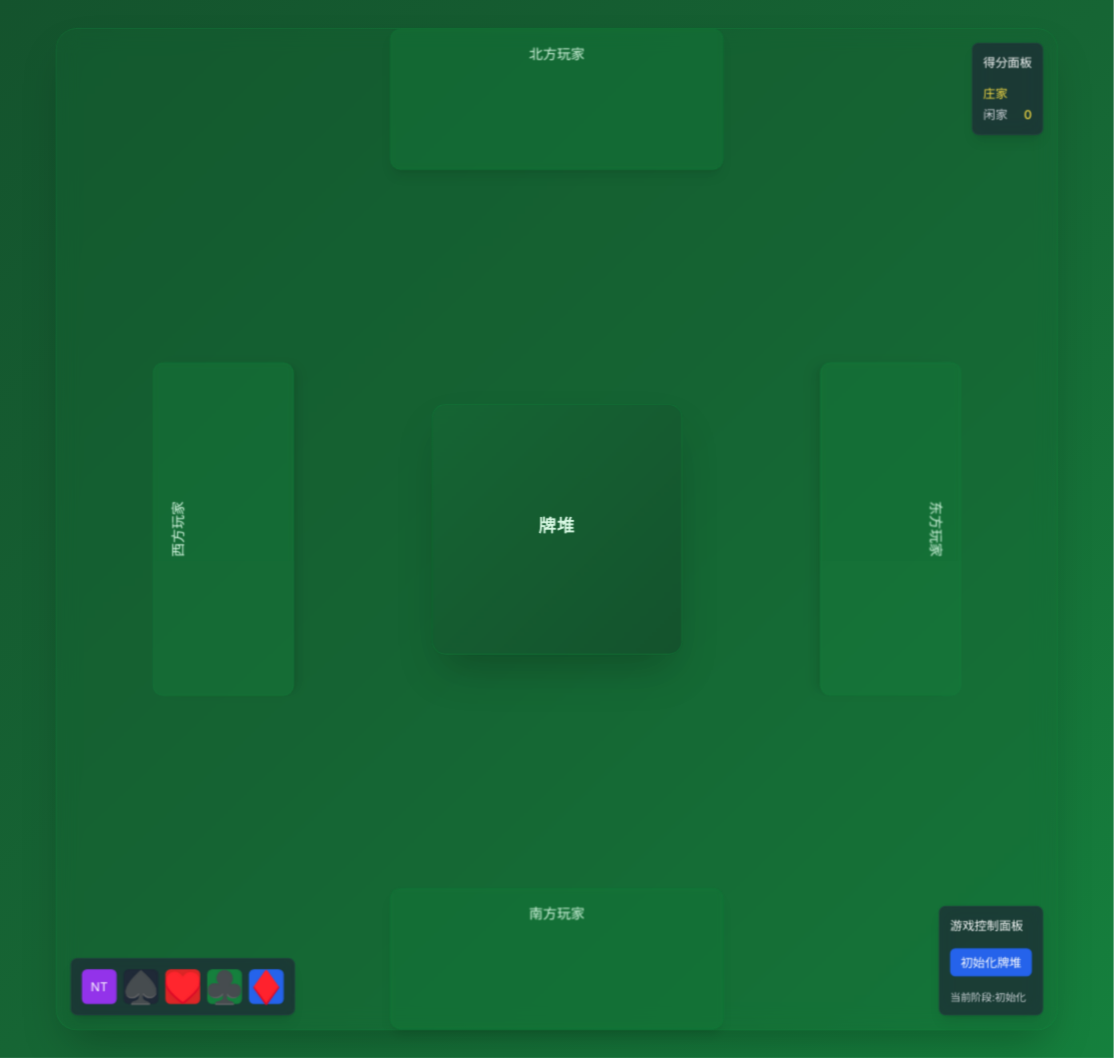
Repository: laofansay/Tractor80
Page: /
The author's editor kept a copy of each file at every save. The page is drawn from the files as they stood at one save, then again after the next save.
The browser window is 1280 px wide. The pictures show the whole page, at 87% of full size.
The project was rebuilt for these pictures with package versions that can differ from the ones it lists, and the page was loaded fresh each time. The framework's server and built-in components were replaced by stand-ins that run in the browser. Also part of the build but not shown: next.config.js, app/components/Card.tsx.

Above is the page before, as saved 2025-03-09 00:23:09.

After the next save:
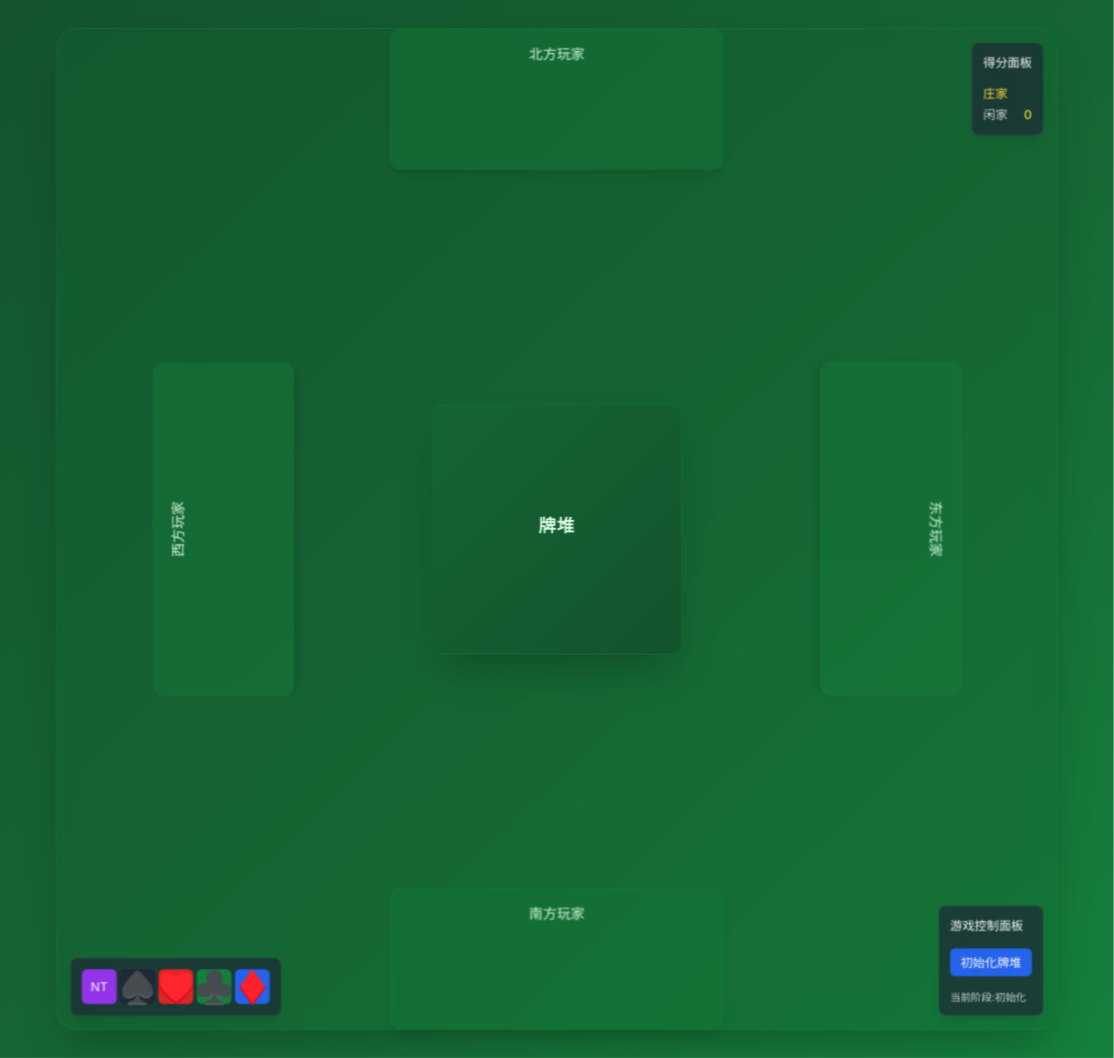
Saved 4 s later.
--- a/app/components/TrumpSelectionPanel.tsx
+++ b/app/components/TrumpSelectionPanel.tsx
@@ -15,7 +15,7 @@ export function TrumpSelectionPanel({ onSelectTrump, gamePhase }: TrumpSelection
 
   return (
     <div className="absolute bottom-4 left-4 p-3 bg-gray-800/70 rounded-lg backdrop-blur-md border border-gray-700/50 shadow-lg">
-      <div className="flex flex-row gap-2">
+      <div className="flex flex-row gap-1">
         <button
           onClick={() => onSelectTrump(null)}
           className="w-10 h-10 bg-purple-600 hover:bg-purple-500 text-white rounded-md transition-colors text-sm flex items-center justify-center"
